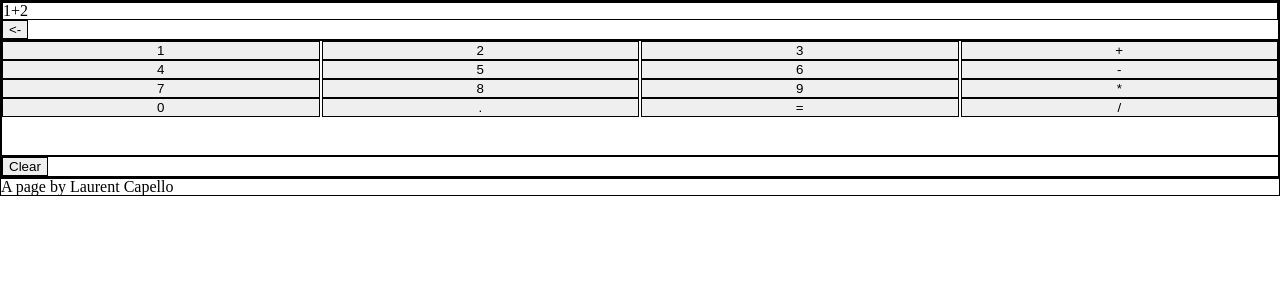
Repository: sokafootball/js-calculator
Page: index.html
An editor plug-in stored every save of this project. The page is shown before and after the next save, followed by the edit.
The browser window is 1280 px wide. The pictures show the whole page.

Above is the page before, as saved 2020-04-25 11:18:56.

### index.html
<html>
<head>
  <link rel="stylesheet" type="text/css" href="reset.css">
  <link rel="stylesheet" type="text/css" href="style.css">
  <link rel="stylesheet" type="text/css" href="wireframe.css">
</head>
<body>
<main id="main">
  <div id="calculator">
    <div id="calc-top">
      <div id="display">1+2</div>
      <button id="backspace" class="button"><-</button>
    </div>
    <div id="calc-mid">
      <button class="button">1</button>
      <button class="button">2</button>
      <button class="button">3</button>
      <button class="button">+</button>
      <button class="button">4</button>
      <button class="button">5</button>
      <button class="button">6</button>
      <button class="button">-</button>
      <button class="button">7</button>
      <button class="button">8</button>
      <button class="button">9</button>
      <button class="button">*</button>
      <button class="button">0</button>
      <button class="button">.</button>
      <button class="button">=</button>
      <button class="button">/</button>
    </div>
    <div id="calc-bottom">
      <button class="button">Clear</button>
    </div>
  </div>
</main>
<footer>
  <p>A page by <span id="signature">Laurent Capello</span></p>
</footer>
<script type="text/javascript" src="script.js"></script>
</body>
</html>

### style.css
#calc-mid{
  column-gap: 2px;
  display: grid;
  grid-template-columns: repeat(3, 1fr) [num-col-end] 1fr;
  grid-template-rows: 1fr [num-row-start] repeat(4, 1fr) [num-row-end] 1fr;
  grid-template-areas:
    "display display display backspace"
    "nums nums nums operators"
    "nums nums nums operators"
    "nums nums nums operators"
    "nums nums nums operators"
    ". clear clear .";
}

### wireframe.css
button, div, p {
  border: 1px solid black;
}

Loaded but not shown: reset.css (common file); script.js (no copy from this time; the picture is the same without it)

After the next save:
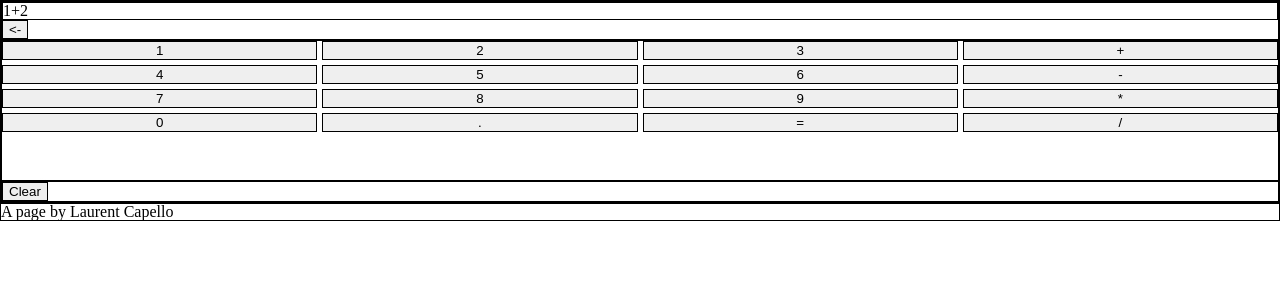
Saved 20 s later.
--- a/style.css
+++ b/style.css
@@ -1,5 +1,5 @@
 #calc-mid{
-  column-gap: 2px;
+  column-gap: 5px;
   display: grid;
   grid-template-columns: repeat(3, 1fr) [num-col-end] 1fr;
   grid-template-rows: 1fr [num-row-start] repeat(4, 1fr) [num-row-end] 1fr;
@@ -10,4 +10,5 @@
     "nums nums nums operators"
     "nums nums nums operators"
     ". clear clear .";
+  row-gap: 5px;
 }
